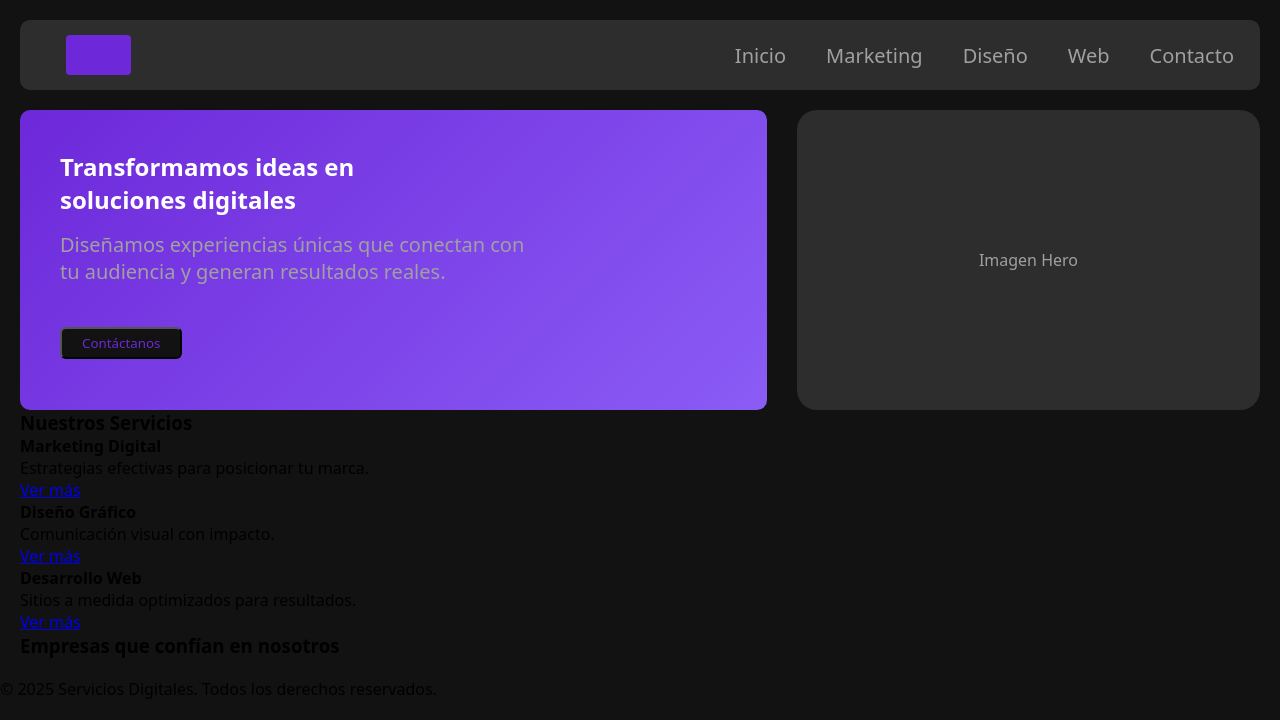
Repository: santinogarrone/TrabajoAgustin
Page: html/index.html
These files come from the project's save history. The page is drawn as it stood at one moment and after the next save; the edit follows.
The browser window is 1280 px wide. The pictures show the whole page.

Above is the page before, as saved 2025-04-29 19:04:00.

### html/index.html
<!DOCTYPE html>
<html lang="en">
<head>
    <meta charset="UTF-8">
    <meta name="viewport" content="width=device-width, initial-scale=1.0">
    <link rel="stylesheet" href="../css/style.css">
    <title>Página de Agustin</title>
</head>
<body>

    <header>
        <nav class="nav-bar">
            <div class="cuadrado-violeta">

            </div>


            <button class="menu" aria-label="menu">
                <span class="menu-linea"></span>
                <span class="menu-linea"></span>
                <span class="menu-linea"></span>
            </button>

            <ul class="nav-list">
                <li class="nav-item"><a href="">Inicio</a></li>
                <li class="nav-item"><a href="">Marketing</a></li>
                <li class="nav-item"><a href="">Diseño</a></li>
                <li class="nav-item"><a href="">Web</a></li>
                <li class="nav-item"><a href="">Contacto</a></li>
            </ul>
        </nav>
    </header>
        <main>

            <section class="main-contact">
                <div class="contacto">
                    <h2 class="tit-contacto">Transformamos ideas en soluciones digitales</h2>
                    <p class="explicacion">Diseñamos experiencias únicas que conectan con tu audiencia y generan resultados reales.</p>

                    <button class="boton-contactar" onclick="location.href='../html/contacto.html'">
                        Contáctanos
                    </button>
                </div>

                <div class="img-hero">
                    Imagen Hero
                </div>
            </section>

            <section class="servicios">
                <h3>Nuestros Servicios</h3>

                <div class="card">
                    <h4>Marketing Digital</h4>
                    <p>Estrategias efectivas para posicionar tu marca.</p>
                    <a href="../html/marketing.html">Ver más</a>
                </div>

                <div class="card">
                    <h4>Diseño Gráfico</h4>
                    <p>Comunicación visual con impacto.</p>
                    <a href="#">Ver más</a>
                </div>

                <div class="card">
                    <h4>Desarrollo Web</h4>
                    <p>Sitios a medida optimizados para resultados.</p>
                    <a href="#">Ver más</a>
                </div>

            </section>

            <section class="empresas">
                <h3>Empresas que confían en nosotros</h3>
                <article class="logos">
                    <div class="logo"></div>
                    <div class="logo"></div>
                    <div class="logo"></div>
                    <div class="logo"></div>
                </article>

            </section>

        </main>

    <footer>
        <div class="ftr">
            <p>&copy; 2025 Servicios Digitales. Todos los derechos reservados.</p>
        </div>
    </footer>
</body>
</html>

### css/style.css
@import url(./global.css);

*{
    margin: 0;
    padding: 0;
    box-sizing: border-box;
    font-family: var(--font-family);
}


body{
    background-color: var(--fondo-color);
    height: 100%;
}

header{
    background-color: var(--superficie-dos);
    position: sticky;
    top: 0;
    margin: 20px;
    border-radius: 10px;
    padding: 10px;
}
.cuadrado-violeta{
    display: block;
    width: 65px;
    height: 40px;
    background-color: var(--primary-color-original);
    border-radius: 4px;
    margin-left: 20px;
}

.nav-bar{
    display: flex;
    justify-content: space-between;
    align-items: center;
    padding: 5px 16px;
}

.nav-list{
    display: flex;
    list-style: none;
    font-size: 20px;
    gap: 40px;
}

.nav-item a{
    text-decoration: none;
    color: var(--texto-secundario);
    transition: all .5s ease;
}

.nav-item a:hover{
    color: var(--texto-color);
}

main{
    margin: 20px;
}

.menu{
    display: none;
}

.main-contact{
    display: flex;
}

.contacto{
    display: flex;
    flex-direction: column;
    background: var(--primary-color-gradient);
    width: 800px;
    height: 300px;
    border-radius: 10px;
    padding: 40px;
    align-items: center;
}

.contacto .tit-contacto{
    color: var(--texto-color);
    padding-right: 270px;
}

.contacto .explicacion{
    color: var(--texto-secundario);
    padding-right: 200px;
    margin-top: 15px;
    margin-bottom: 30px;
    font-size: 20px;
}

.img-hero{
    background: var(--superficie-dos);
    width: 500px;
    height: 300px;
    margin-left: 30px;
    border-radius: 20px;
    display: flex;
    align-items: center;
    justify-content: center;
    color: var(--texto-secundario);
}
.boton-contactar {
    display: flex;
    margin-top: 12px;
    padding: 5px 20px;
    color: var(--primary-color-original);
    background: var(--fondo-color);
    border-radius: 6px;
    cursor: pointer;
    align-self: flex-start;
  }

@media (375px >= width) {

    body{
        background-color: var(--fondo-color);
        height: 100%;
    }

    header{
        background-color: var(--superficie-dos);
        position: sticky;
        top: 0;
        margin: 0;
        border-radius: 0;
    }

    main{
        margin: 0px;
    }
    .explicacion{
        display: none;
    }

    .nav-list{
        display: none;
    }

    .img-hero{
        display: none;
    }
    .cuadrado-violeta{
        display: block;
        width: 65px;
        height: 40px;
        background-color: var(--primary-color-original);
        border-radius: 4px;
        margin-left: 20px;
    }

    .menu{
        width: 30px;
        height: 30px;
        background: transparent;
        display: flex;
        flex-direction: column;
        gap: 4px;
        height: fit-content;
        border: none;
    }

    .menu-linea{
        width: 100%;
        height: 4px;
        background-color: var(--texto-color);
        border: none;
        border-radius: 4px;

    }

    .nav-bar{
        display: flex;
        justify-content: space-between;
        align-items: center;
        padding: 5px 16px;
    }


    .main-contact{
        display: flex;
        padding: 24px;
        justify-content: center;
        align-items: center;
    }

    .contacto{
        display: block;
        padding: 34px;
        background: var(--primary-color-gradient);
        border-radius: 10px;
        color: var(--texto-color);
        height: auto;
        font-size: 12px;
    }

    .contacto .tit-contacto{
        text-align: center;
        align-items: center;
        font-weight: bold;
        margin-top: 30px;
    }

    .boton-contactar{
        display: block;
        margin: 0 auto;
        margin-bottom: 20px;
        margin-top: 12px;
        padding: 5px 20px;
        color: var(--primary-claro);
        background-color: var(--fondo-color);
        border-radius: 6px;
        cursor: pointer;
    }

    .servicios{
        display: flex;
        flex-direction: column;
        margin: 0 20px;
    }

    .servicios h3{
        color: var(--texto-color);
    }

    .card{
        margin-top: 5px;
        align-items: center;
        justify-content: center;
        background-color: var(--superficie-dos);
        border-radius: 8px;
        padding: 12px;
        margin-bottom: 15px;
    }

    .card h4{
        color: var(--texto-color);
    }

    .card p{
        color: var(--texto-secundario);
        padding-bottom: 20px;
    }

    .card a{
        display: inline-block;
        margin-bottom: 20px;
        color: var(--texto-color);
        cursor: pointer;
    }

    .empresas{
        display: flex;
        flex-direction: column;
        align-items: flex-start;
        margin-left: 20px;
    }

    .empresas h3{
        color: var(--texto-color);
        margin-bottom: 1rem;
    }

    .logos{
        margin-top: 5px;
        width: 335px;
        display: flex;
        justify-content: center;
        align-items : center;
        gap: 5px;
        background-color: var(--superficie-dos);
        border-radius: 8px;
        padding: 20px;
        margin-bottom: 10px;
    }

    .logo{
        width: 60px;
        height: 30px;
        background-color: #444444;
        border-radius: 5px;
    }

    .ftr{
        background-color: var(--superficie-dos);
        border-radius: 8px;
        text-align: center;
        margin: 15px 10px;
        padding: 16px;
        color: var(--texto-secundario);
    }
}

### css/global.css
:root{
    --primary-color-gradient : linear-gradient(135deg, #6D28D9, #8B5CF6);
    --primary-color-original : #6D28D9;
    --primary-claro : #8b5cf6;
    --secundary-color : #10b981;
    --acento-color : #f5930b;
    --fondo-color : #121212;
    --superficie-color : #1e1e1e;
    --superficie-dos : #2d2d2d;
    --texto-secundario : #A0A0A0;

    --texto-color : #fff;
    --font-family : 'system-ui'
}

After the next save:
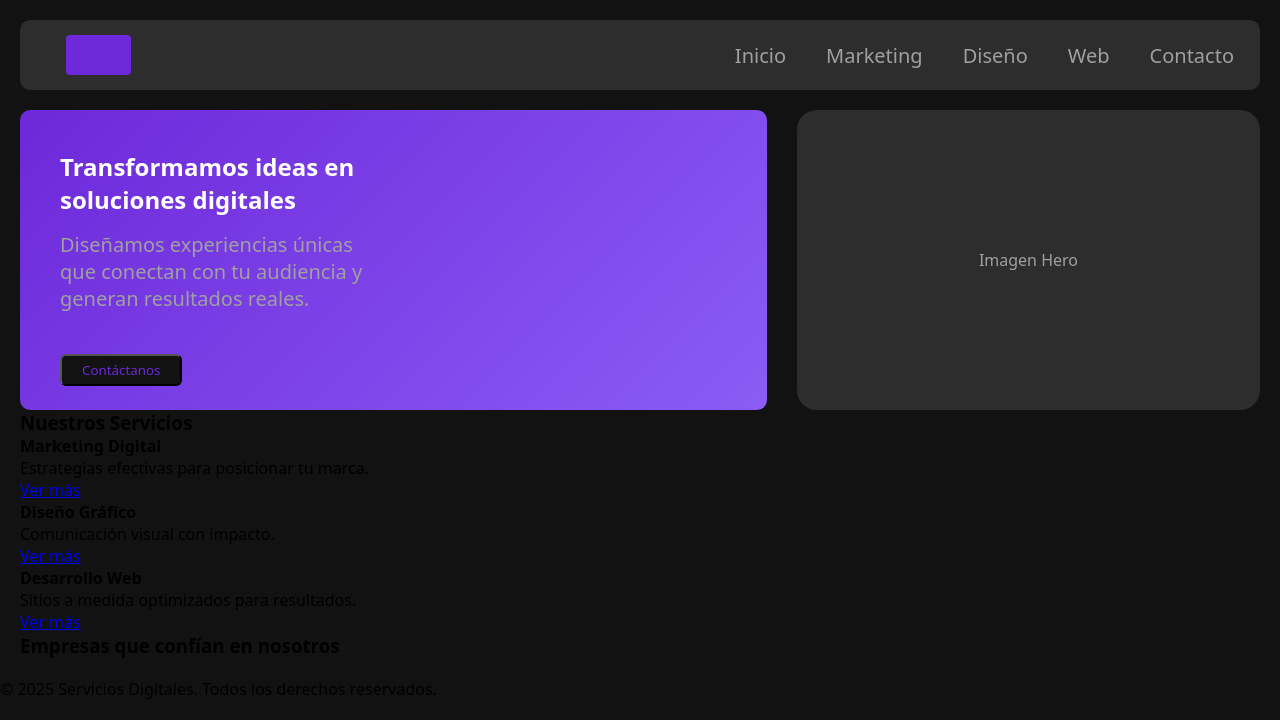
Saved 5 s later.
--- a/css/style.css
+++ b/css/style.css
@@ -84,7 +84,7 @@ main{
 
 .contacto .explicacion{
     color: var(--texto-secundario);
-    padding-right: 200px;
+    padding-right: 350px;
     margin-top: 15px;
     margin-bottom: 30px;
     font-size: 20px;
